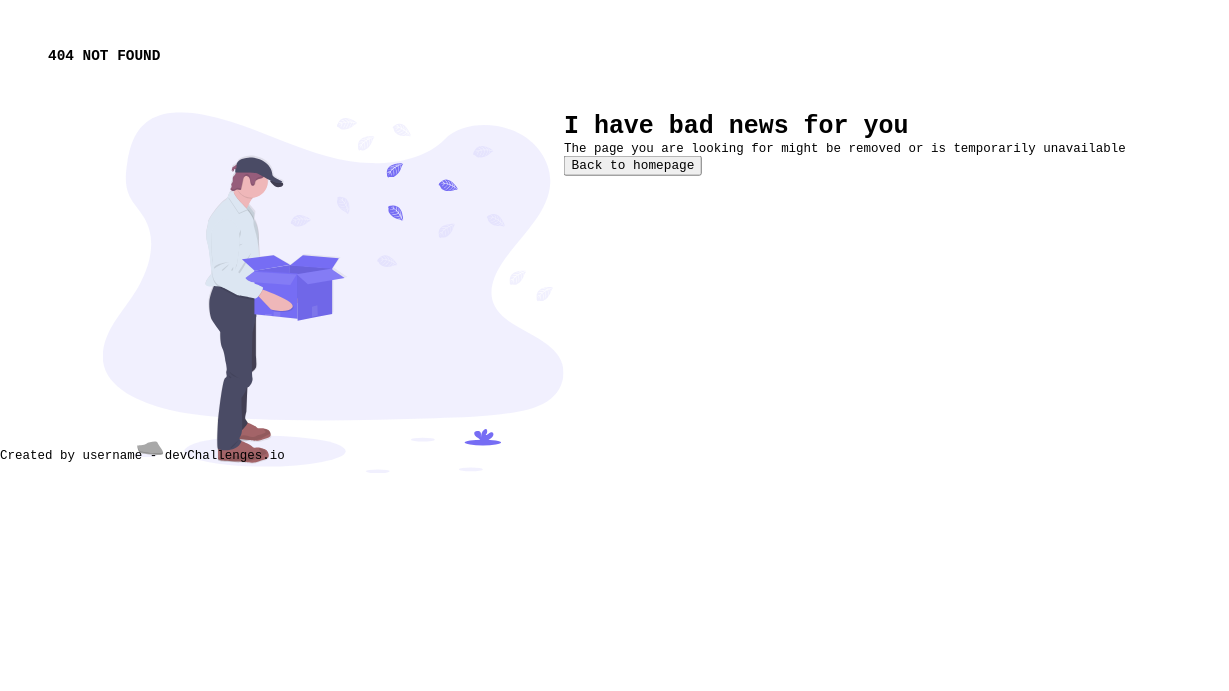
Repository: georgisenze/404-not-found-challeng
Page: index.html
The author's editor kept a copy of each file at every save. The page is drawn from the files as they stood at one save, then again after the next save.
The browser window is 1280 px wide. The pictures show the whole page, at 96% of full size.

Above is the page before, as saved 2023-02-21 06:36:25.

### index.html
<!DOCTYPE html>
<html lang="en">
<head>
    <meta charset="UTF-8">
    <meta http-equiv="X-UA-Compatible" content="IE=edge">
    <meta name="viewport" content="width=device-width, initial-scale=1.0">
    <title>404 page not found</title>
    <link rel="stylesheet" href="assets/css/style.css">
    <link
      href="https://fonts.googleapis.com/css2?family=Poppins:wght@400;500&display=swap"
      rel="stylesheet"
    />
</head>
<body>
    <div class="main">
        <header>
            <p>404 not found</p>
        </header>

        <div class="container">
            <div class="row">
                <div class="col-6">
                    <img src="assets/img/404-illustration.svg" alt="">
                </div>
                <div class="col-6">
                    <div class="col-2">
                        <h1>I have bad news for  you</h1>
                    </div>
                    <div class="col-2">
                        <p>The page you are looking for might be removed or is temporarily unavailable</p>
                    </div>
                    <div class="col-2">
                        <button>Back to homepage</button>
                    </div>
                </div>
            </div>
        </div>


        <footer>
            <p>Created by <span>username</span> - devChallenges.io </p>
        </footer>
    </div>
</body>
</html>

### assets/css/style.css
*{
    margin: 0;
    font-family: monospace;
}

.main {
    min-width: 100%;
    height: 100%;
}

header p {
    text-transform: uppercase;
    font-weight: bold;
    font-size: 15px;
    padding: 50px;
}

.container{
    display: flex;
    justify-content: center;
}

.row{
    display: flex;
    justify-content: space-around;
    height: 350px;
}

After the next save:
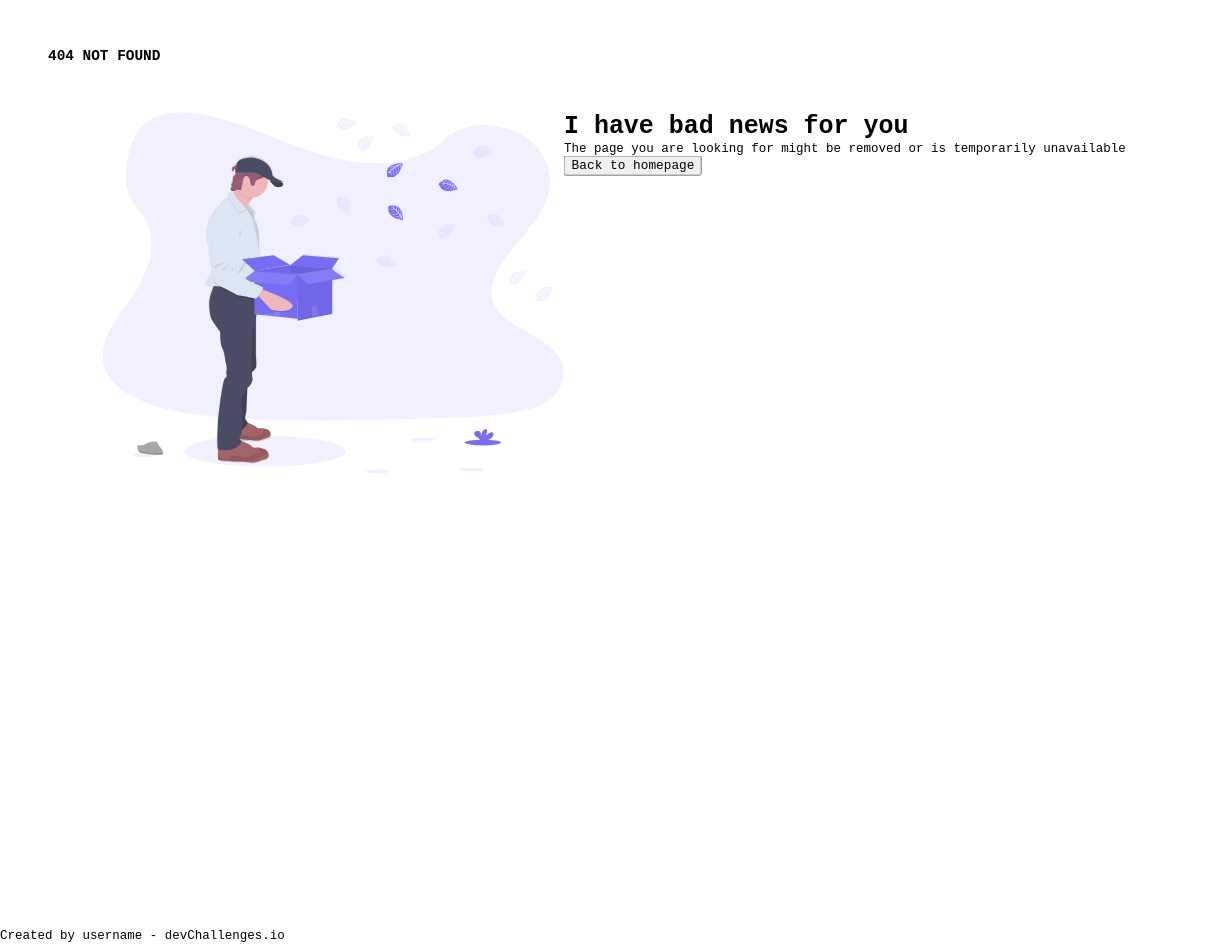
Saved 7 s later.
--- a/assets/css/style.css
+++ b/assets/css/style.css
@@ -23,5 +23,5 @@ header p {
 .row{
     display: flex;
     justify-content: space-around;
-    height: 350px;
+    height: 850px;
 }
